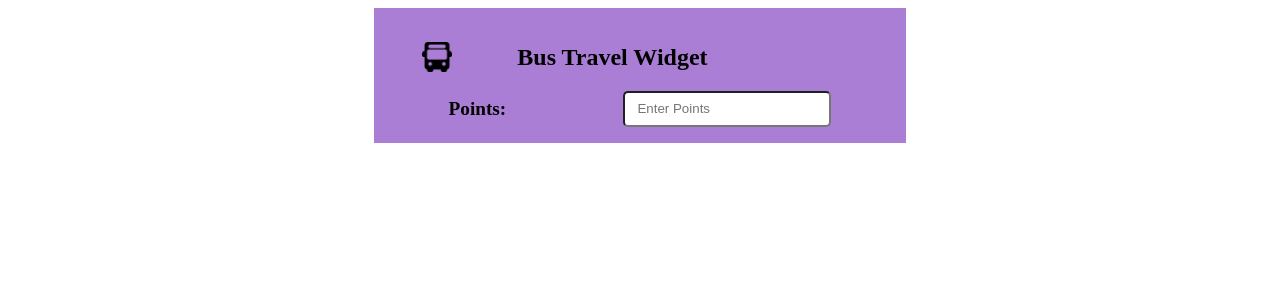
Repository: lasity34/bus_travel
Page: index.html
These files come from the project's save history. The page is drawn as it stood at one moment and after the next save; the edit follows.
The browser window is 1280 px wide. The pictures show the whole page.

Above is the page before, as saved 2023-05-31 10:00:51.

After the next save:
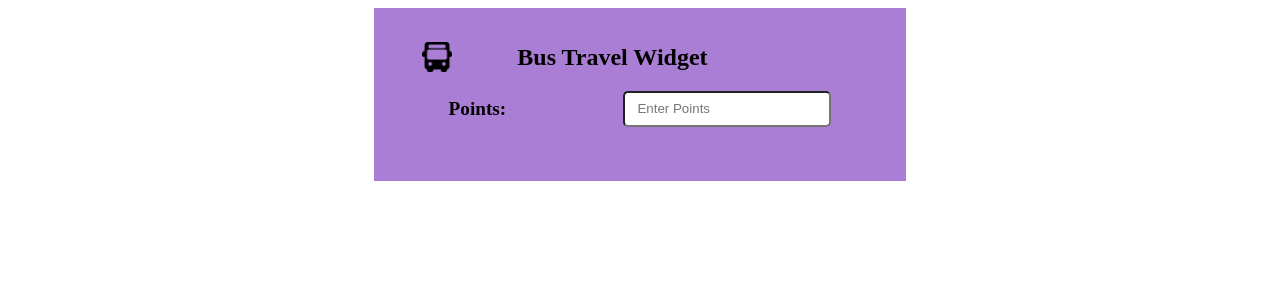
Saved 9 min 27 s later.
--- a/style.css
+++ b/style.css
@@ -19,7 +19,7 @@ header {
     width: 70%;
 }
 
-.points_container {
+.points_container  {
     display: flex;
     width: 100%;
     justify-content: space-around;
@@ -46,3 +46,24 @@ input[type='number']::-webkit-outer-spin-button {
 input[type='number'] {
     -moz-appearance: textfield;
 }
+
+.start_location_container {
+    padding: 1em 0;
+    display: flex;
+    margin: 0 auto;
+    justify-content: space-between;
+    width: 78%;
+    font-size: 1.2rem;
+}
+
+select {
+    background-color: white;
+    padding: 0.5em 1em;
+    border-radius: 5px;
+    color: rgb(111, 108, 108);
+}
+
+option {
+    font-weight: lighter;
+
+}
